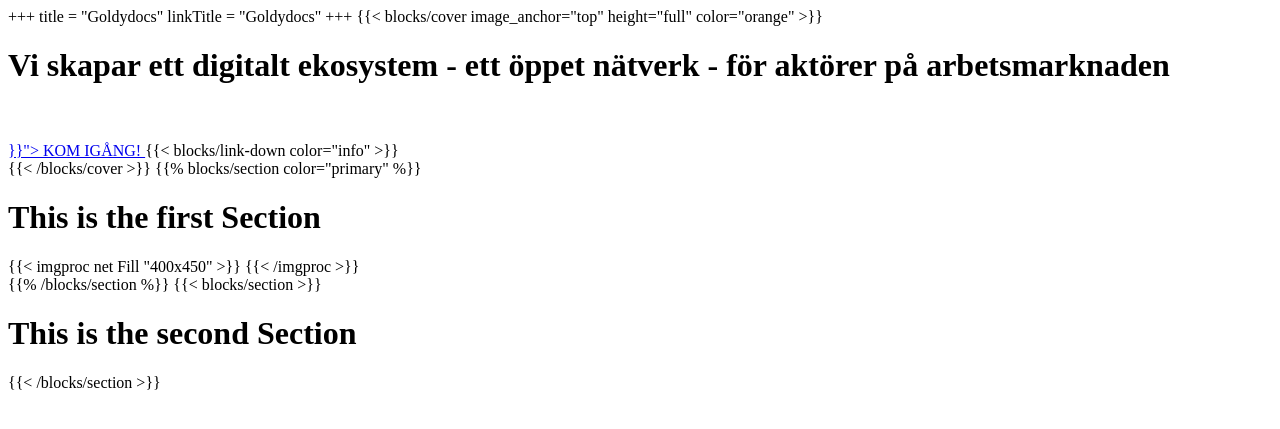
Repository: rudasn/docsy-cms-netlify
Page: content/sv/_index.html
The author's editor kept a copy of each file at every save. The page is drawn from the files as they stood at one save, then again after the next save.
The browser window is 1280 px wide. The pictures show the whole page.

Above is the page before, as saved 2021-05-07 08:20:35.

After the next save:
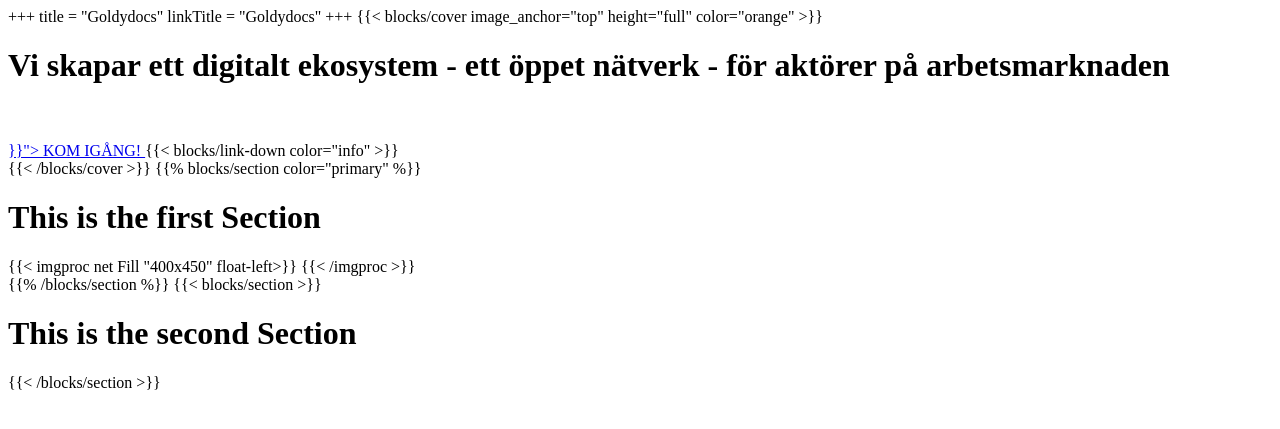
Saved 89 s later.
--- a/content/sv/_index.html
+++ b/content/sv/_index.html
@@ -25,7 +25,7 @@ linkTitle = "Goldydocs"
 </div>
 
 <div class="col-4">
-	{{< imgproc net Fill "400x450" >}}
+	{{< imgproc net Fill "400x450" float-left>}}
 
 	{{< /imgproc >}}
 
